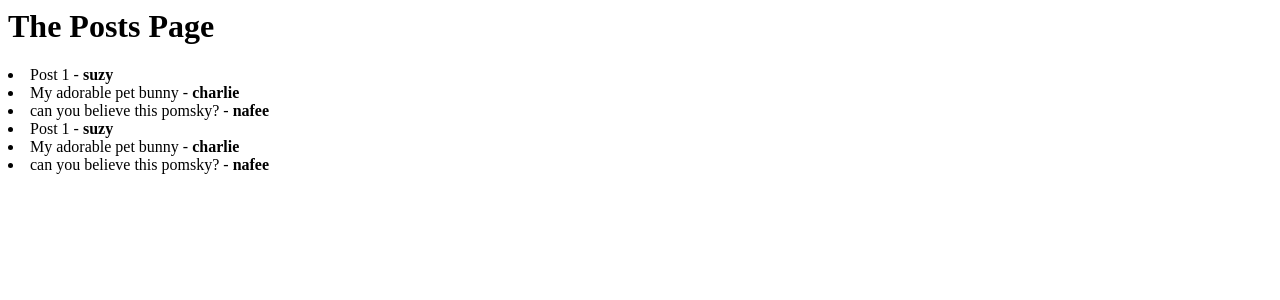
Repository: Nafeek30/WebProjects
Page: http://localhost/posts
The author's editor kept a record of every edit. The page is drawn from the files as they stood at one moment, then again after the next edit.
The browser window is 1280 px wide. The pictures show the whole page.
The page is served by the project's Node server (MoreExpress/EJSDemo/app.js).

Above is the page before.

### Cloud 9 projects/MoreExpress/EJSDemo/views/posts.ejs
<h1>The Posts Page</h1>


<!--Loop through for the number of posts in the js file and show the posts in a ul -->
<% for(var i = 0; i < posts.length; i++){ %>
<!--use ejs html code tag to post the titles and authors of the ul here; using the first kind of tag because we won't change the contents so not dynamic -->
    <!--encasing the authors in a strong tag which is around the ejs tags because strong tag is html while the authors are js -->
    <li>
        <%=posts[i].title %> - <strong><%=posts[i].author%></strong>
    </li>
<% } %>

<!--we can also use a foreach loop to do this in which case we won't need to use the i and we can just call it 'post' in the function -->
<% posts.forEach(function(post){ %>
<li>
    <%=post.title %> - <strong><%=post.author%></strong>
</li>
<% });%>

### Cloud 9 projects/MoreExpress/EJSDemo/app.js
//importing express and setting the main function to app
var express = require("express");
var app = express();

//including public as a directory to use by express
app.use(express.static("public"));

//telling express our res.render files will be .ejs files
app.set("view engine", "ejs");


app.get("/", function(req, res){
    //use res.render to send an entire file; could be html or any other file
    res.render("home");
});

//making a dynamic page with ejs
app.get("/fallinlovewith/:thing", function(req, res){
   var thing = req.params.thing;
   res.render("love", {thingVar: thing});
});


//example of looping through using ejs; we're using a post request to make an array of posts with multiple objects of titles and authors
app.get("/posts", function(req, res) {
    //array of posts
    var posts = [
        {title: "Post 1", author: "suzy"},
        {title: "My adorable pet bunny", author: "charlie"},
        {title: "can you believe this pomsky?", author: "nafee"}
    ];

    res.render("posts", {posts: posts});
});


//set up server to listen
app.listen(process.env.PORT, process.env.IP, function(){
   console.log("Server is listening!!");
});

### Cloud 9 projects/MoreExpress/EJSDemo/views/partials/header.ejs
<!DOCTYPE html>
<html>
    <head>
        <title>Demo app</title>
        <!--the / before the css file tells express to look for the file in the root dir -->
        <link rel="stylesheet" href="/app.css">
    </head>
    <body>

Loaded but not shown: Cloud 9 projects/MoreExpress/EJSDemo/public/app.css (common file)

After the next edit:
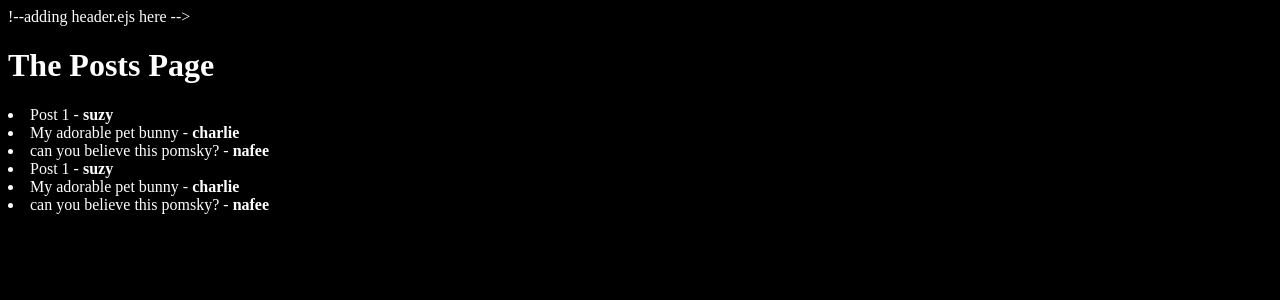
The edit:
--- a/Cloud 9 projects/MoreExpress/EJSDemo/views/posts.ejs
+++ b/Cloud 9 projects/MoreExpress/EJSDemo/views/posts.ejs
@@ -1,3 +1,7 @@
+!--adding header.ejs here -->
+<% include partials/header %>
+
+
 <h1>The Posts Page</h1>
 
 
